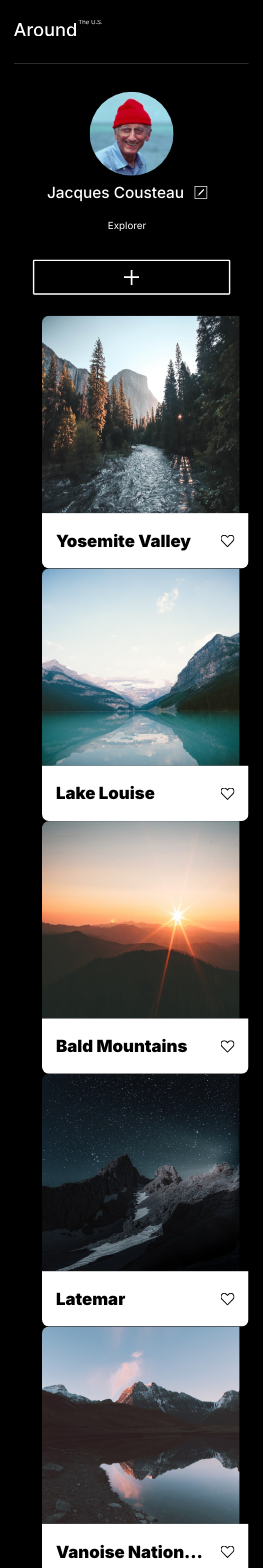
Repository: luisbaezx/se_project_aroundtheus
Page: index.html
These files come from the project's save history. The page is drawn as it stood at one moment and after the next save; the edit follows.
The browser window is 375 px wide. The pictures show the part of the page from y = 0 to 2240 px (the page is 2703 px tall before and 2748 px after), at 70% of full size.

Above is the page before, as saved 2024-05-30 18:41:34.

### index.html
<!DOCTYPE html>
<html lang="en">
  <head>
    <meta charset="UTF-8" />
    <meta name="viewport" content="width=device-width, user-scalable=no,
    initial-scale=1/>
    <meta content="ie=edge" http-equiv="X-UA-Compatible" />
    <title>Around The U.S</title>
    <link href="./pages/index.css" rel="stylesheet" />
  </head>
  <body class="page">
    <div class="page__content">
      <header class="header page__section">
        <img
          src="./images/logo.svg"
          alt="Around the U.S. Logo"
          class="header__image"
        />
      </header>
      <main class="content">
        <section class="profile page__section">
          <img
            src="./images/jacques-cousteau.jpg"
            alt="Avatar"
            class="profile__image"
          />
          <div class="profile__info">
            <h1 class="profile__title">Jacques Cousteau</h1>
            <button class="profile__edit-button" type="button"></button>
            <p class="profile__description">Explorer</p>
          </div>
          <button class="profile__add-button" type="button"></button>
        </section>
        <section class="cards page__section">
          <ul class="cards__list">
            <li class="card">
              <img src="./images/yosemite.jpg" class="card__image" />
              <div class="card__description">
                <h2 class="card__title">Yosemite Valley</h2>
                <button class="card__like-button" type="button"></button>
              </div>
            </li>
            <li class="card">
              <img src="./images/lake-louise.jpg" class="card__image" />
              <div class="card__description">
                <h2 class="card__title">Lake Louise</h2>
                <button class="card__like-button" type="button"></button>
              </div>
            </li>
            <li class="card">
              <img src="./images/bald-mountains.jpg" class="card__image" />
              <div class="card__description">
                <h2 class="card__title">Bald Mountains</h2>
                <button class="card__like-button" type="button"></button>
              </div>
            </li>
            <li class="card">
              <img src="./images/latemar.jpg" class="card__image" />
              <div class="card__description">
                <h2 class="card__title">Latemar</h2>
                <button class="card__like-button" type="button"></button>
              </div>
            </li>
            <li class="card">
              <img src="./images/vanoise.jpg" class="card__image" />
              <div class="card__description">
                <h2 class="card__title">Vanoise National Park</h2>
                <button class="card__like-button" type="button"></button>
              </div>
            </li>
            <li class="card">
              <img src="./images/lago.jpg" class="card__image" />
              <div class="card__description">
                <h2 class="card__title">Lago di Braies</h2>
                <button class="card__like-button" type="button"></button>
              </div>
            </li>
          </ul>
        </section>
      </main>
      <footer class="footer">
        <p class="footer__copyright">&copy; 2024 Around The U.S.</p>
      </footer>
    </div>
  </body>
</html>

### pages/index.css
@import url("../vendor/normalize.css");
@import url("../vendor/fonts.css");
@import url("../blocks/page.css");
@import url("../blocks/header.css");
@import url("../blocks/profile.css");
@import url("../blocks/cards.css");
@import url("../blocks/card.css");
@import url("../blocks/footer.css");

### blocks/page.css
.page {
  font-family: Inter, Arial, Helvetica, sans-serif;
  background-color: black;
  color: white;
}

.page__section {
  max-width: 880px;
  width: 100%;
  position: relative;
  margin: 0 auto;
}

.page__content {
  display: flex;
  flex-direction: column;
  min-height: 100vh;
  padding: 0 20px;
}
@media screen and (max-width: 450px) {
  .page__section {
    max-width: none;
  }
}

### blocks/header.css
.header {
  margin-top: 45px;
  border-width: 880px;
  border-bottom: 1px solid rgba(84, 84, 84, 0.7);
  padding-bottom: 41px;
}

.header__image {
  width: 173px;
  height: 33px;
}
@media screen and (max-width: 450px) {
  .header {
    margin-top: 28px;
    padding-bottom: 35px;
  }

  .header__image {
    width: 126px;
    height: 24px;
  }
}

### blocks/profile.css
.profile {
  display: flex;
  align-items: center;
  padding-top: 40px;
  min-width: 282px;
}

.profile__info {
  display: grid;
  grid-template-areas:
    "title button"
    "description description";
  grid-template-columns: minmax(auto, 375px) auto;
  margin-right: 12px;
  align-items: center;
  gap: 15px;
}

.profile__edit-button {
  background: transparent url(../images/edit-icon.svg) center no-repeat;
  height: 24px;
  width: 24px;
  grid-area: button;
  border: 1px white solid;
}

.profile__edit-button:hover {
  opacity: 0.6;
}

.profile__add-button {
  background: transparent url(../images/add-icon.svg) center no-repeat;
  width: 150px;
  height: 50px;
  margin-left: auto;
  border: 2px white solid;
  border-radius: 2px;
  transition: opacity 0.3s ease-in;
}

.profile__add-button:hover {
  opacity: 0.6;
  cursor: pointer;
}
.profile__title {
  font-size: 42px;
  line-height: 48px;
  font-weight: 500;
  grid-area: title;
  margin: 0;
  text-overflow: ellipsis;
  white-space: nowrap;
  overflow: hidden;
}

.profile__description {
  font-size: 18px;
  line-height: 22px;
  font-weight: 400;
  grid-area: description;
  margin: 0;
  text-overflow: ellipsis;
  white-space: nowrap;
  overflow: hidden;
  max-width: 370px;
}

.profile__image {
  height: 120px;
  width: 120px;
  border-radius: 50%;
  object-fit: cover;
  object-position: center;
  margin-right: 24px;
}

@media screen and (max-width: 770px) {
  .profile {
    flex-direction: column;
  }

  .profile__info {
    display: flex;
    flex-wrap: wrap;
    justify-content: center;
    width: 100%;
  }

  .profile__description {
    width: 100%;
    text-align: center;
    margin-bottom: 40px;
  }

  .profile__add-button {
    margin: 0;
    width: 80%;
  }
}

@media screen and (max-width: 450px) {
  .profile {
    justify-content: space-around;
  }
  .profile__title {
    font-size: 22px;
  }

  .profile__description {
    font-size: 14px;
    line-height: 16.94px;
    max-width: 282;
  }

  .profile__edit-button {
    width: 18px;
    height: 18px;
    display: flex;
    justify-content: flex-end;
  }

  .profile__add-button {
    width: 282px;
    height: 50px;
  }

  .profile__image {
    margin: 0;
    min-width: auto;
  }
}

### blocks/cards.css
.cards {
  margin-top: 30px;
  border-radius: 10px;
}

.card__list {
  display: grid;
  justify-content: center;
  grid-template-columns: repeat(auto-fit, 282px);
  grid-gap: 20px 17px;
  padding: 0;
  margin: 0;
}

.card {
  display: flex;
  flex-direction: column;
  list-style: none;
  border-radius: 10px;
  overflow: hidden;
}

.card__image {
  width: 282px;
  height: 282px;
}

.card__title {
  max-width: 220px;
  font-size: 24px;
  font-weight: 900;
  line-height: 29px;
  text-overflow: ellipsis;
  white-space: nowrap;
  overflow: hidden;
  margin: 0;
}

.card__description {
  display: flex;
  background-color: white;
  color: black;
  padding-top: 25px;
  padding-bottom: 25px;
  padding-left: 20px;
  padding-right: 20px;
  align-items: center;
  justify-content: space-between;
}

.card__like-button {
  background: transparent url(../images/like-inactive.svg) center no-repeat;
  width: 21px;
  height: 18px;
  border: none;
  transition: opacity 0.3s ease;
}

.card__like-button:hover {
  opacity: 0.5;
}

### blocks/card.css
.card {
  display: flex;
  flex-direction: column;
  list-style: none;
  border-radius: 10px;
  overflow: hidden;
}

.card__image {
  width: 282px;
  height: 282px;
}

.card__title {
  max-width: 220px;
  font-size: 24px;
  font-weight: 900;
  line-height: 29px;
  text-overflow: ellipsis;
  white-space: nowrap;
  overflow: hidden;
  margin: 0;
}

.card__description {
  display: flex;
  background-color: white;
  color: black;
  padding-top: 25px;
  padding-bottom: 25px;
  padding-left: 20px;
  padding-right: 20px;
  align-items: center;
  justify-content: space-between;
}

.card__like-button {
  background: transparent url(../images/like-active.svg) center no-repeat;
  width: 21px;
  height: 18px;
  border: none;
  transition: opacity 0.3s ease-in;
}

.card__like-button:hover {
  opacity: 0.5;
  cursor: pointer;
}

### blocks/footer.css
.footer {
  width: 100%;
  max-width: 880px;
  margin: 0 auto;
  text-align: left;
}

.footer__copyright {
  color: #545454;
  margin-left: auto;
  margin-right: auto;
  margin-top: 67px;
}

@media screen and (max-width: 600px) {
  .footer {
    max-width: 282px;
  }

  .footer__copyright {
    font-size: 14px;
    margin-top: 40px;
  }
}

Loaded but not shown: vendor/normalize.css (library); vendor/fonts.css (common file)

After the next save:
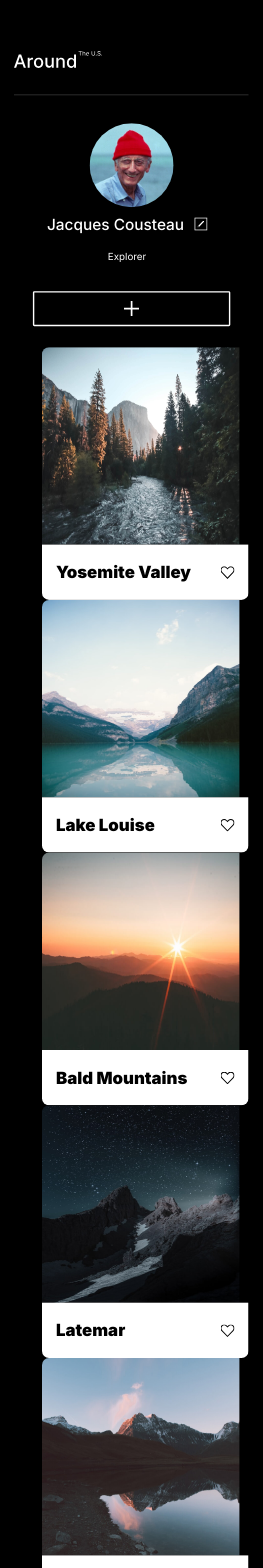
Saved 13 h 56 min later.
--- a/blocks/header.css
+++ b/blocks/header.css
@@ -11,12 +11,12 @@
 }
 @media screen and (max-width: 450px) {
   .header {
-    margin-top: 28px;
     padding-bottom: 35px;
   }
 
   .header__image {
     width: 126px;
     height: 24px;
+    margin-top: 28px;
   }
 }
